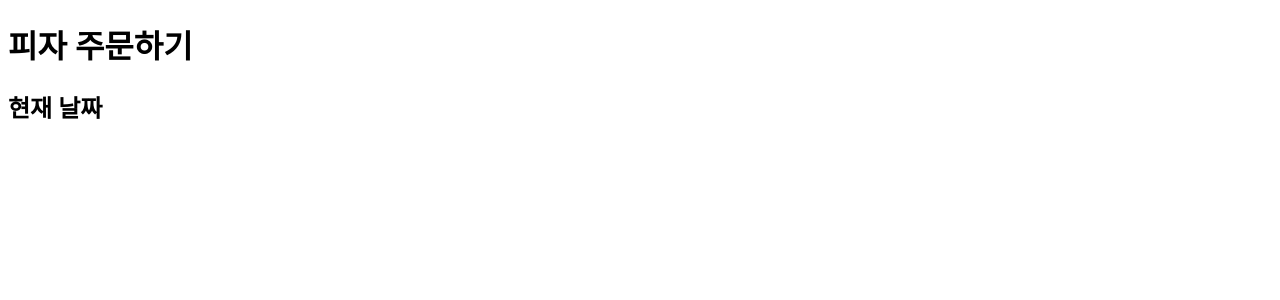
Repository: smjae96/Backup
Page: http://localhost/2_JSP/views/pizza/orderForm.jsp
The author's editor kept a copy of each file at every save. The page is drawn from the files as they stood at one save, then again after the next save.
The browser window is 1280 px wide. The pictures show the whole page.
The page is served by Tomcat 9.

Above is the page before, as saved 2024-03-08 01:27:17.

### 5_Servlet/2_JSP/src/main/webapp/views/pizza/orderForm.jsp
<%@ page language="java" contentType="text/html; charset=UTF-8"
    pageEncoding="UTF-8"%>
<%@ page import="java.util.ArrayList, java.util.Date, java.text.SimpleDateFormat" %>
<!DOCTYPE html>
<html>
<head>
<meta charset="UTF-8">
<title>Pizza Order</title>
</head>
<body>
<h1>피자 주문하기</h1>
<h2>현재 날짜</h2>
<h3><% Date d = new Date();
		SimpleDateFormat sdf = new SimpleDateFormat("yyyy년 MM월 dd일");
		String today = sdf.format(d);
		System.out.println(today);
	%></h3>
</body>
</html>

After the next save:
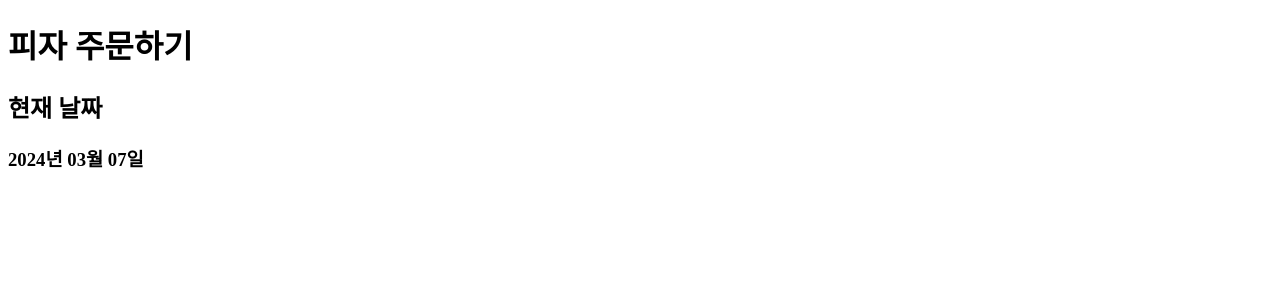
Saved 10 s later.
--- a/5_Servlet/2_JSP/src/main/webapp/views/pizza/orderForm.jsp
+++ b/5_Servlet/2_JSP/src/main/webapp/views/pizza/orderForm.jsp
@@ -13,7 +13,7 @@
 <h3><% Date d = new Date();
 		SimpleDateFormat sdf = new SimpleDateFormat("yyyy년 MM월 dd일");
 		String today = sdf.format(d);
-		System.out.println(today);
+		out.println(today);
 	%></h3>
 </body>
 </html>
